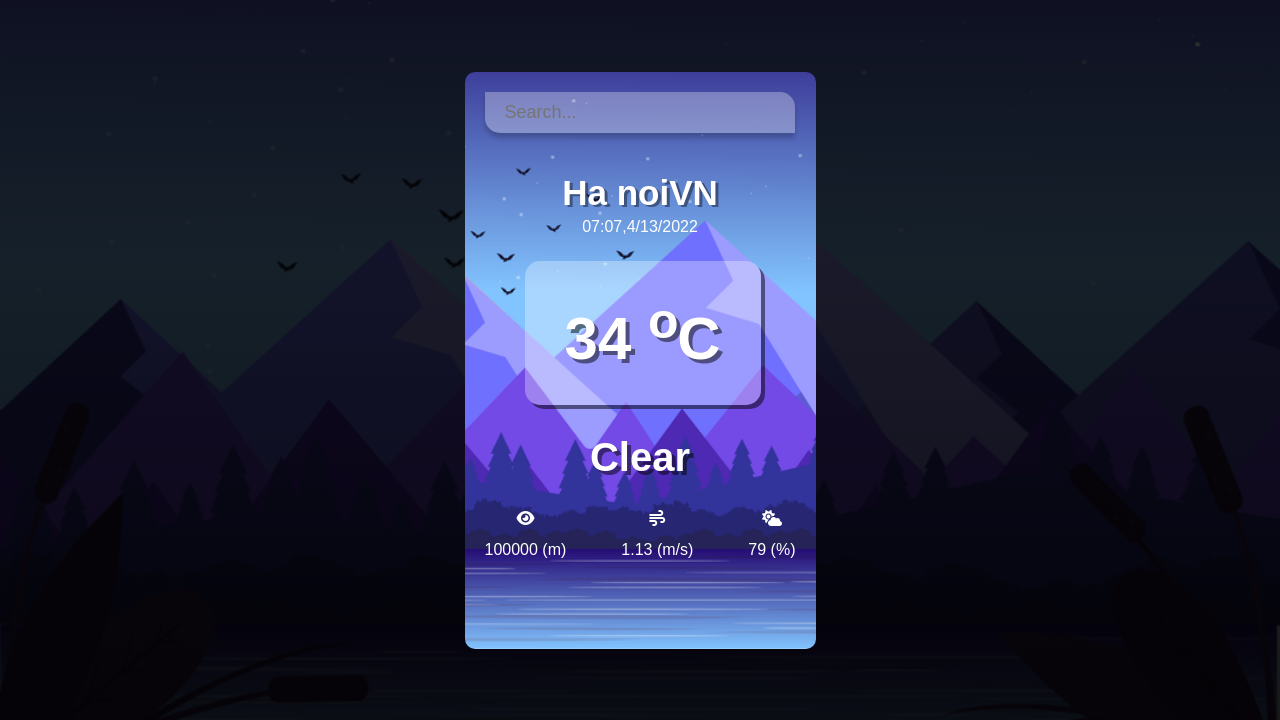
Repository: nganha241/weather-app
Page: index.html
An editor plug-in stored every save of this project. The page is shown before and after the next save, followed by the edit.
The browser window is 1280 px wide. The pictures show the whole page.
The page's requests for data from a server got no answer. Some web libraries are served in a nearby version.

Above is the page before, as saved 2022-04-14 10:42:39.

### index.html
<!DOCTYPE html>
<html lang="en">
  <head>
    <meta charset="UTF-8" />
    <meta http-equiv="X-UA-Compatible" content="IE=edge" />
    <meta name="viewport" content="width=device-width, initial-scale=1.0" />
    <title>Document</title>
    <link rel="stylesheet" href="./style.css" />
  </head>
  <body>
    <div id="weather">
      <div class="header">
        <input type="text" placeholder="Search..." />
      </div>
      <div class="content">
        <div class="capital">
          <li class="city">Ha noi</li>
          <li class="country">VN</li>
        </div>

        <div class="timedate">
          <li class="time">07:07,</li>
          <li></li>
          <li class="date">4/13/2022</li>
        </div>
        <div class="deg">
          <p>34 <sup>o</sup> C</p>
        </div>
        <div class="status">Clear</div>
      </div>
      <div class="footer">
        <div class="detail">
          <div class="distance">
            <div><i class="fa-solid fa-eye"></i></div>
            <div class="value">100000 <span>(m)</span></div>
          </div>
          <div class="speed">
            <div><i class="fa-solid fa-wind"></i></div>
            <div class="value">1.13 <span>(m/s)</span></div>
          </div>
          <div class="humidity">
            <div><i class="fa-solid fa-cloud-sun"></i></div>
            <div class="value">79 <span>(%)</span></div>
          </div>
        </div>
      </div>
    </div>
    <script
      src="https://kit.fontawesome.com/ae971d7ee0.js"
      crossorigin="anonymous"
    ></script>
    <script src="./main.js"></script>
  </body>
</html>

### style.css
* {
    padding: 0;
    margin: 0;
    box-sizing: border-box;
}

body {
    font-family: sans-serif;
    height: 100vh;
    display: flex;
    justify-content: center;
    align-items: center;
    background: linear-gradient(to top, rgba(0, 0, 0, 0.9), rgba(0, 0, 0, 0.8)), url(./img1.png) no-repeat center/cover;
    color: #fff;
}

#weather {
    padding: 20px;
    width: 351px;
    height: 577px;
    border: none;
    border-radius: 10px;
    background: url(./img1.png) no-repeat center/cover;
    position: relative;
}

.header input{
    width: 310px;
    height: 41px;
    border-radius: 0px 15px 0px 15px;
    border: none;
    background: rgba(255, 255, 255, 0.3);
    box-shadow: 0px 5px 5px rgba(0, 0, 0, 0.2);
    outline: none;
    font-size: 18px;
    padding: 0 20px;
    transition: 0.4s;
}

.header input:focus {
    border-radius: 15px 0px 15px 0px;
    background: rgba(255, 255, 255, 0.7);
}

.content {
    margin-top: 40px;
    text-align: center;
}

.capital {
    display: flex;
    justify-content: center;
    font-size: 35px;
    font-weight: 600;
    text-shadow: 3px 2px rgba(0, 0, 0, 0.4);
}

.capital li {
    list-style: none;
}

.timedate {
    display: flex;
    justify-content: center;
    margin-top: 5px;
}

.timedate li {
    list-style: none;
}

.deg {
    width: 236px;
    height: 144px;
    border-radius: 15px;
    background: rgba(255, 255, 255, 0.3);
    box-shadow: 4px 4px rgba(0, 0, 0, 0.5);
    display: flex;
    justify-content: center;
    align-items: center;
    margin-top: 25px;
    margin-left: 40px;
}

.deg p {
    font-size: 60px;
    font-weight: 800;
    text-shadow: 4px 4px rgba(0, 0, 0, 0.5) ;
}

.deg p sup {
    margin-right: -18px;
}

.status {
    margin-top: 30px;
    font-size: 40px;
    font-weight: 700;
    text-shadow: 4px 4px rgba(0, 0, 0, 0.5) ;
}

.footer {
    margin-top: 30px;
}

.detail {
    display: flex;
    justify-content: space-between;
    align-items: center;
    text-align: center;
}

.detail .fa-solid {
   padding-bottom: 15px;
}

### main.js
const search = document.querySelector("input");
const city = document.querySelector(".city");
const country = document.querySelector(".country");
const deg = document.querySelector(".deg p");
const sts = document.querySelector(".status");
const distance = document.querySelector(".distance .value");
const speed = document.querySelector(".speed .value");
const humidity = document.querySelector(".humidity .value");
const time = document.querySelector(".time");
console.log(sts);
async function changeWeatherUI() {
  // const val = search.value.trim();
  let val = "Hanoi";

  let apiUrl = `https://api.openweathermap.org/data/2.5/weather?q=${val}&appid=7db7f7f1454b662870a48eb474a823f9`;

  let data = await fetch(apiUrl).then((res) => res.json());

  city.innerText = data.name + " ,  ";
  country.innerText = data.sys.country;
  deg.innerText = Math.round(data.main.temp - 273.15) + " C";
  sts.innerText = data.weather[0].main;
  distance.innerText = data.visibility + " (m)";
  speed.innerText = data.wind.speed + " (m/s)";
  humidity.innerText = data.main.humidity + " %";
  time.innerText = new Date().toLocaleString("vi");
}

changeWeatherUI();

After the next save:
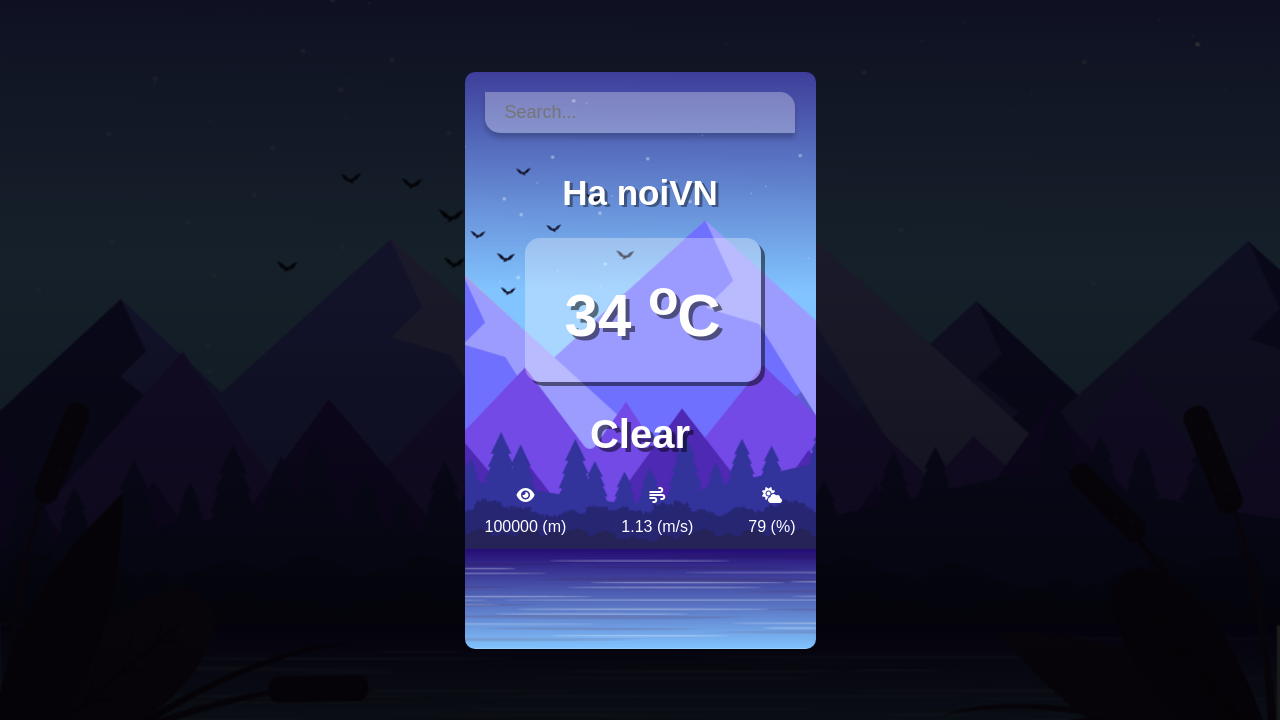
Saved 15 s later.
--- a/index.html
+++ b/index.html
@@ -18,11 +18,7 @@
           <li class="country">VN</li>
         </div>
 
-        <div class="timedate">
-          <li class="time">07:07,</li>
-          <li></li>
-          <li class="date">4/13/2022</li>
-        </div>
+        <div class="time"></div>
         <div class="deg">
           <p>34 <sup>o</sup> C</p>
         </div>
